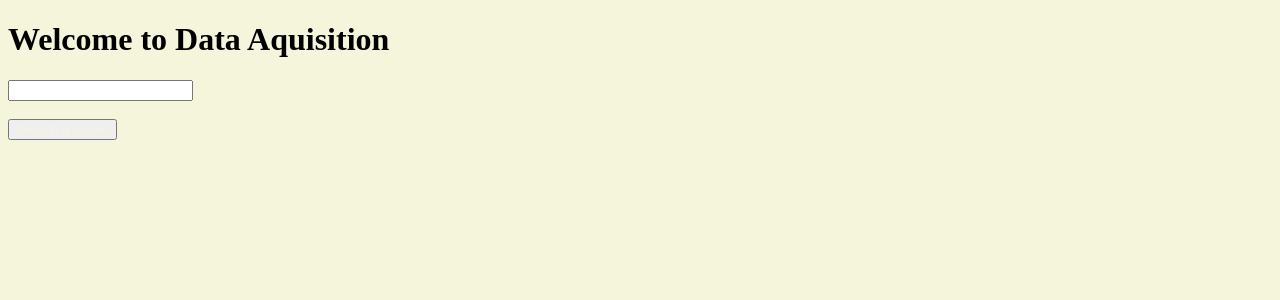
Repository: randy918/good-naked-beginning
Page: index.html
The author's editor kept a copy of each file at every save. The page is drawn from the files as they stood at one save, then again after a run of saves.
The browser window is 1280 px wide. The pictures show the whole page.
The style sheet was rebuilt from its Sass, Less or Tailwind sources for each picture, by a compiler version that may differ from the author's.

Above is the page before, as saved 2023-01-01 15:03:44.

After the next 2 saves:
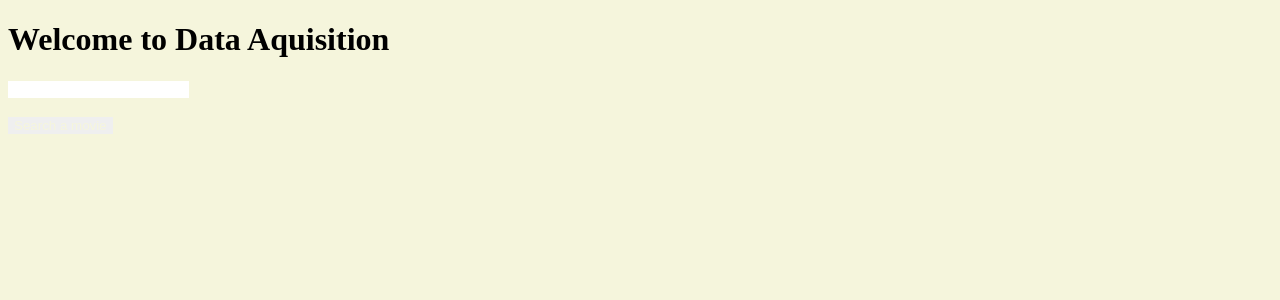
The 2 saves are shown as one change because they came seconds apart.
The last was saved 4 min 13 s later.
--- a/css/main.scss
+++ b/css/main.scss
@@ -1,3 +1,33 @@
+$colors: (bg: rgba(55, 66, 76, 1),
+    theGreen: rgba(0, 173, 43, 1),
+    theRed: rgba(194, 47, 51, 1),
+    theOrange: rgba(255, 103, 0, 1),
+    theRodeoPink: #f1a1a4,
+    theRodeoBlue: #7f86b0,
+    theYellow: rgb(221, 172, 94),
+    theGray: rgb(78, 92, 107),
+    theBackground: rgba(241, 227, 214, 1),
+    theDarkGray: rgba(43, 50, 56, 1),
+    theBrown: rgba(101, 42, 36, 1),
+    bitByBitRed: rgba(240, 44, 80, 1),
+    bitByBitBlue: rgba(0, 79, 136, 1),
+    bitByBitBlonde: rgba(241, 227, 214, 1),
+    bbb2-TranquilSea: rgba(188, 199, 203, 1),
+    bbb2-RedMyMind: rgba(143, 57, 56, 1),
+    bbb2-SnowyPine: rgba(226, 223, 216, 1),
+    bbb2-Basswood: rgba(188, 166, 142, 1),
+    bbb2-CompassBlue: rgba(51, 66, 87, 1),
+);
+
+@function getColor($color-name) {
+    @return map-get($colors, $color-name);
+}
+
+* {
+    box-sizing: border-box;
+    border: none;
+}
+
 body {
 
 background: beige;
